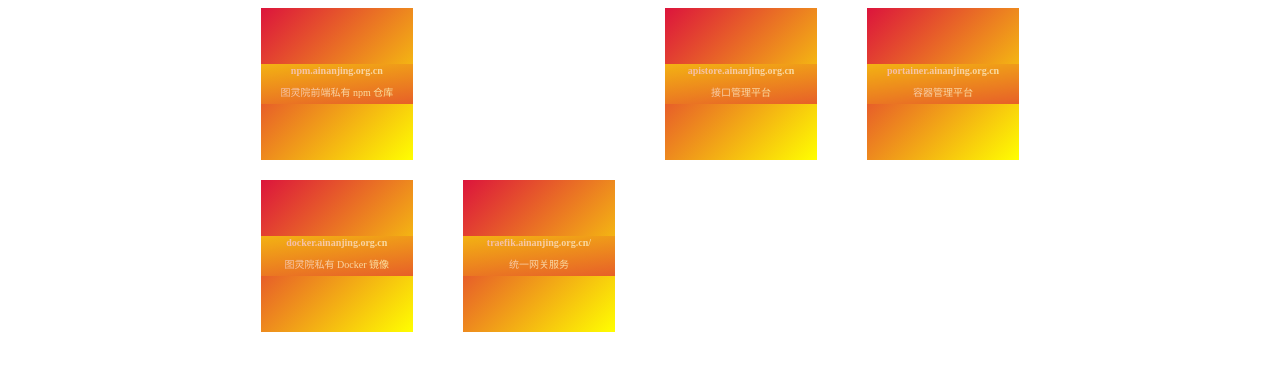
Repository: heweiwei1/portainer
Page: index.html
An editor plug-in stored every save of this project. The page is shown before and after the next save, followed by the edit.
The browser window is 1280 px wide. The pictures show the whole page.

Above is the page before, as saved 2021-04-13 17:56:24.

After the next save:
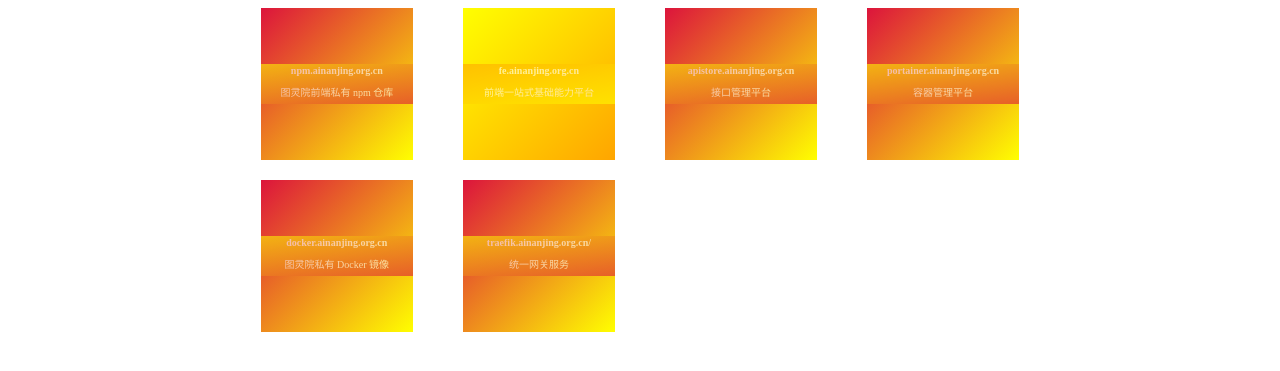
Saved 27 s later.
--- a/index.css
+++ b/index.css
@@ -48,10 +48,10 @@
   background-image: linear-gradient(to top left,#dc143c,#ffff00);
 }
 .demo-2 {
-  background-image: linear-gradient(to bottom right,#ffff00);
+  background-image: linear-gradient(to bottom right,#ffff00,#ffa500);
 }
 .demo-2 .trans{
-  background-image: linear-gradient(to top left,#ffff00);
+  background-image: linear-gradient(to top left,#ffff00,#ffa500);
 }
 .demo-3 {
   background-image: linear-gradient(to bottom right,#dc143c,#ffff00);

After the save that followed:
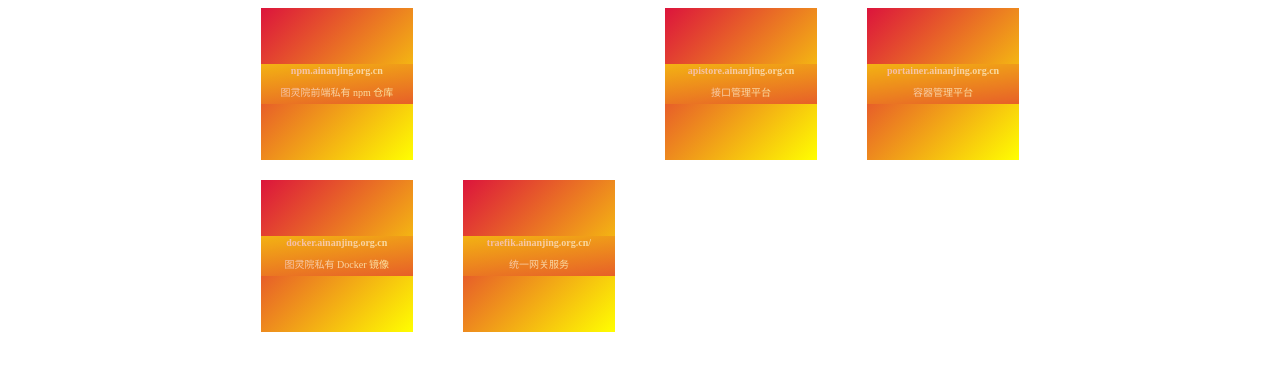
Saved 29 s later.
--- a/index.css
+++ b/index.css
@@ -48,10 +48,10 @@
   background-image: linear-gradient(to top left,#dc143c,#ffff00);
 }
 .demo-2 {
-  background-image: linear-gradient(to bottom right,#ffff00,#ffa500);
+  background-image: linear-gradient(to bottom right,#ffa500);
 }
 .demo-2 .trans{
-  background-image: linear-gradient(to top left,#ffff00,#ffa500);
+  background-image: linear-gradient(to top left,#ffa500);
 }
 .demo-3 {
   background-image: linear-gradient(to bottom right,#dc143c,#ffff00);
